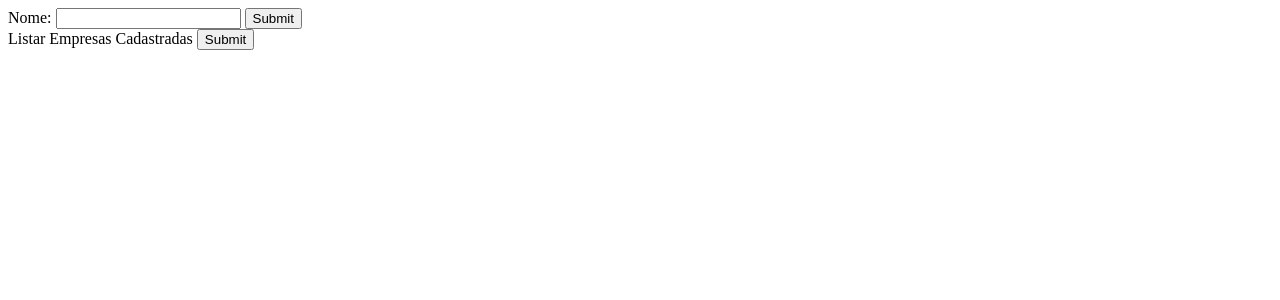
Repository: mayconnnm/Servlet
Page: Gerenciador/WebContent/formNovaEmpresa.html
These files come from the project's save history. The page is drawn as it stood at one moment and after the next save; the edit follows.
The browser window is 1280 px wide. The pictures show the whole page.

Above is the page before, as saved 2020-04-03 22:23:14.

After the next save:
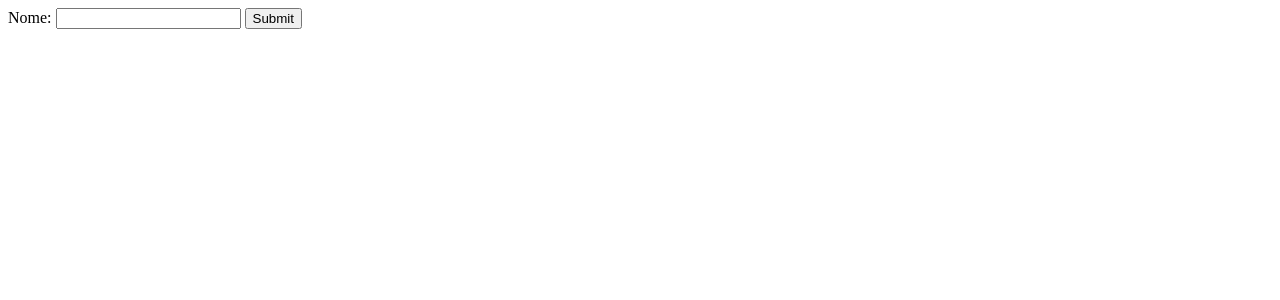
Saved 89 s later.
--- a/Gerenciador/WebContent/formNovaEmpresa.html
+++ b/Gerenciador/WebContent/formNovaEmpresa.html
@@ -8,13 +8,8 @@
 
 	<form action="/Gerenciador/novaEmpresa" method="post">
 		<div>
-			<label>Nome:</label>
-			<input type="text" name="nome">
-			<input type="submit">
-		</div>
-		<div>
-			<label>Listar Empresas Cadastradas</label>
-			<input type="submit">
+			<label>Nome:</label> <input type="text" name="nome"> <input
+				type="submit">
 		</div>
 	</form>
 
